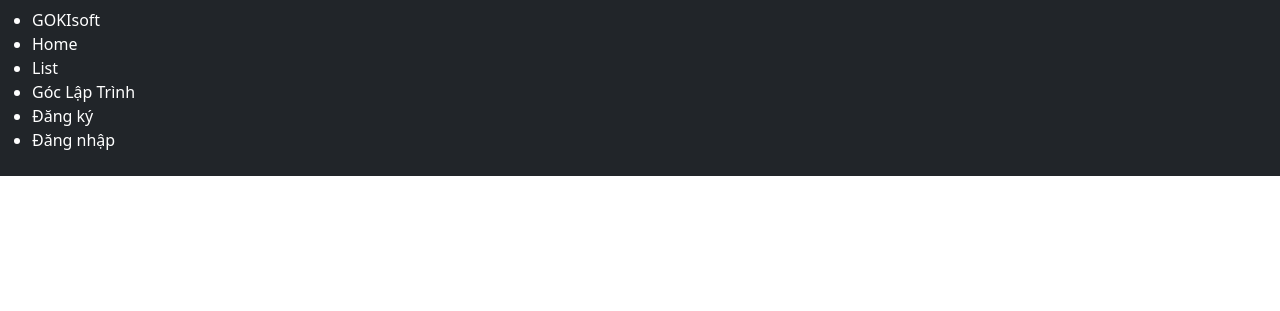
Repository: AnhDuc0125/HTML-Aptech
Page: bt2045/index.html
These files come from the project's save history. The page is drawn as it stood at one moment and after the next save; the edit follows.
The browser window is 1280 px wide. The pictures show the whole page.

Above is the page before, as saved 2021-12-13 20:22:43.

After the next save:
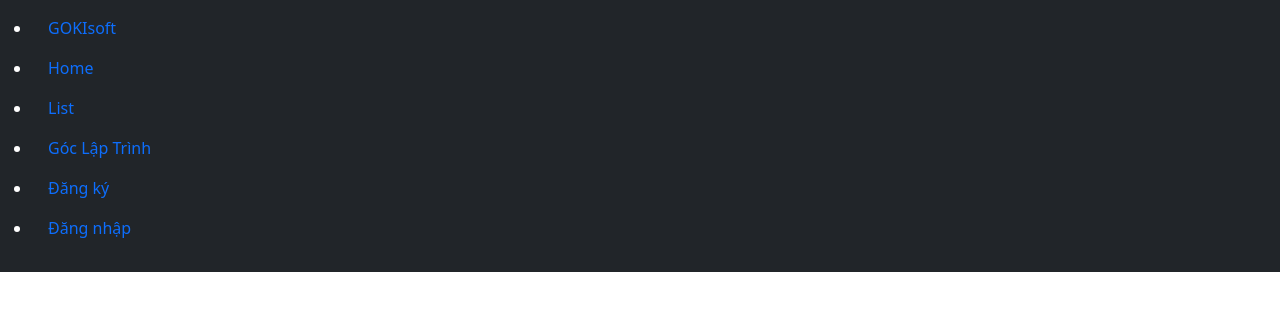
Saved 111 s later.
--- a/bt2045/index.html
+++ b/bt2045/index.html
@@ -11,12 +11,12 @@
 <body>
     <nav class="navbar text-white bg-dark">
         <ul>
-            <li>GOKIsoft</li>
-            <li>Home</li>
-            <li>List</li>
-            <li>Góc Lập Trình</li>
-            <li>Đăng ký</li>
-            <li>Đăng nhập</li>
+            <li><a class="nav-link" href="#">GOKIsoft</a></li>
+            <li><a class="nav-link" href="#">Home</a></li>
+            <li><a class="nav-link" href="#">List</a></li>
+            <li><a class="nav-link" href="#">Góc Lập Trình</a></li>
+            <li><a class="nav-link" href="#">Đăng ký</a></li>
+            <li><a class="nav-link" href="#">Đăng nhập</a></li>
         </ul>
     </nav>
 </body>
